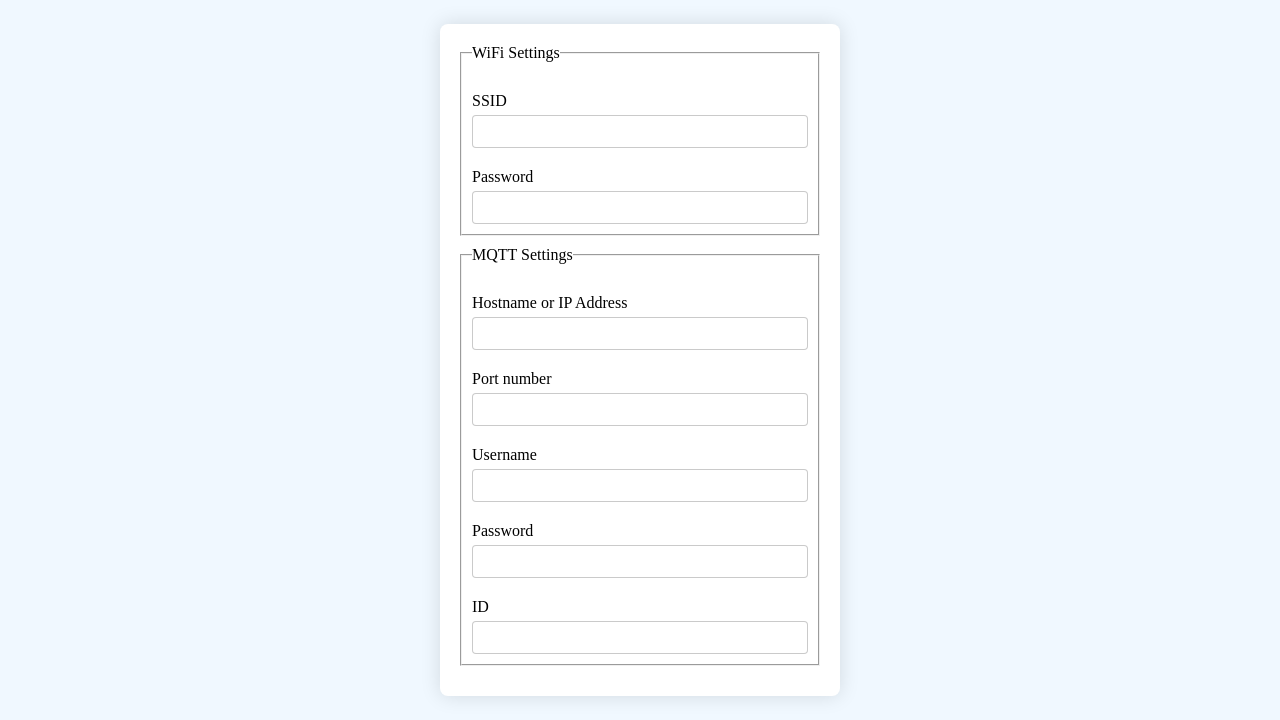
Repository: alex-dow/psikon-weather-station
Page: / (app in webapp/)
An editor plug-in stored every save of this project. The page is shown before and after the next save, followed by the edit.
The browser window is 1280 px wide. The pictures show the whole page.
The project was rebuilt for these pictures with package versions that can differ from the ones it lists, and the page was loaded fresh each time.

Above is the page before, as saved 2021-12-10 14:21:52.

### webapp/public/index.html
<!DOCTYPE html>
<html lang="en">
<head>
	<meta charset='utf-8'>
	<meta name='viewport' content='width=device-width,initial-scale=1'>

	<title>Psikon Weather Station</title>
  <link rel="stylesheet" href="/global.css">
	<link rel='stylesheet' href='/bundle.css'>

	<script defer src='/bundle.js'></script>
</head>

<body>
</body>
</html>

### webapp/src/main.js
import App from './App.svelte';

const app = new App({
	target: document.body,
});



export default app;

### webapp/src/App.svelte
<script>
import MqttForm from "./MqttForm.svelte";
import WiFiForm from "./WiFiForm.svelte";
</script>


<section>
  <div class="container">
    <form>

      <WiFiForm/>
      <MqttForm/>
    </form>
  </div>
</section>



<style>
 section {
  min-height: 100vh;
  width: 100%;
  display: flex;
  align-items: center;
  justify-content: center;
  background-color: aliceblue;
 }
 .container {
  max-width: 400px;
  width: 90%;
  padding: 20px;
  box-shadow: 0px 0px 20px #00000020;
  border-radius: 8px;
  background-color: white;
 }
</style>

### webapp/src/MqttForm.svelte
<fieldset>
  <legend>MQTT Settings</legend>
  <div class="form-group">
    <label for="mqtt_host">Hostname or IP Address</label>
    <input id="mqtt_host"/>
  </div>
  <div class="form-group">
    <label for="mqtt_port">Port number</label>
    <input id="mqtt_port" type="number" min="0" max="65536"/>
  </div>
  <div class="form-group">
    <label for="mqtt_username">Username</label>
    <input id="mqtt_username"/>
  </div>
  <div class="form-group">
    <label id="mqtt_password">Password</label>
    <input id="mqtt_password"/>
  </div>
  <div class="form-group">
    <label for="mqtt_id">ID</label>
    <input id="mqtt_id" /><br/>
  </div>
</fieldset>

### webapp/src/WiFiForm.svelte
<fieldset>
  <legend>WiFi Settings</legend>
  <div class="form-group">
    <label for="wifi_ssid">SSID</label>
    <input id="wifi_ssid"/>
  </div>
  <div class="form-group">
    <label for="wifi_password">Password</label>
    <input id="wifi_password"/>
  </div>
</fieldset>

### webapp/public/global.css
* {
  padding: 0;
  margin: 0;
  box-sizing: border-box;
 }
 body {
  font-family: "Montserrat";
 }

 fieldset {
  padding: 10px;
  margin-bottom: 10px;
}


 .form-group {
  width: 100%;
  margin-top: 20px;
 }
 .form-group input {
  width: 100%;
  border: 1.5px solid rgba(128, 128, 128, 0.418);
  padding: 5px;
  font-size: 18px;
  margin-top: 5px;
  border-radius: 4px;
 }

After the next save:
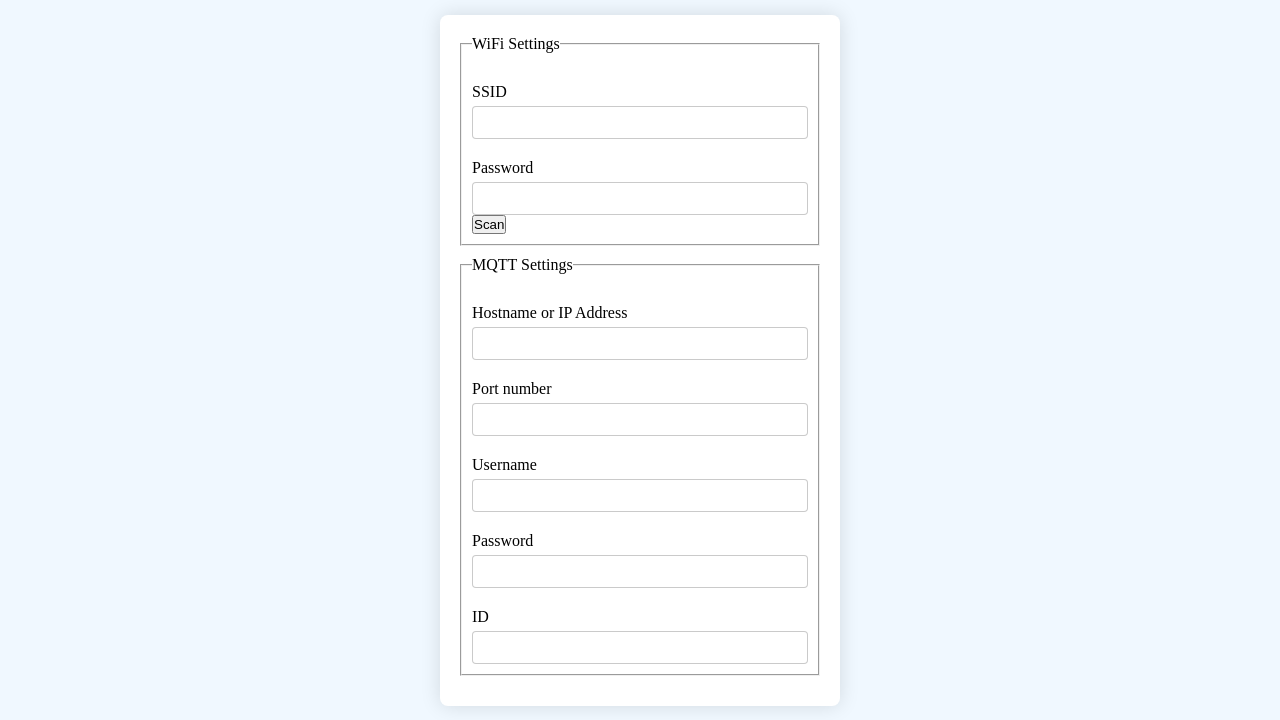
Saved 35 s later.
--- a/webapp/src/WiFiForm.svelte
+++ b/webapp/src/WiFiForm.svelte
@@ -8,4 +8,5 @@
     <label for="wifi_password">Password</label>
     <input id="wifi_password"/>
   </div>
+  <button id="scan_wifi">Scan</button>
 </fieldset>
